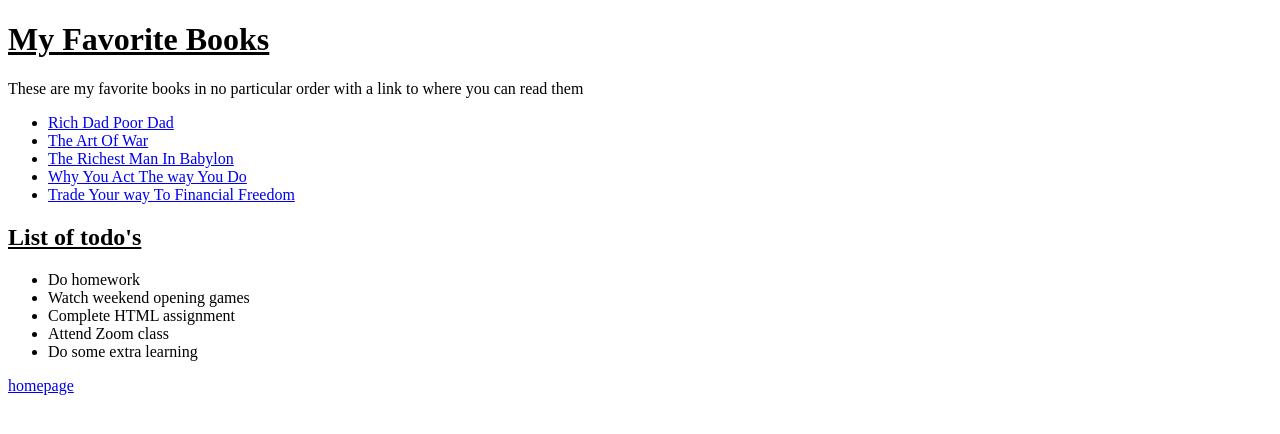
Repository: MikkyPrestige/html-website
Page: pages/books-todo.html
An editor plug-in stored every save of this project. The page is shown before and after the next save, followed by the edit.
The browser window is 1280 px wide. The pictures show the whole page.

Above is the page before, as saved 2023-04-15 16:22:49.

### pages/books-todo.html
<!DOCTYPE html>
<html lang="en">

<head>
  <meta charset="UTF-8">
  <meta http-equiv="X-UA-Compatible" content="IE=edge">
  <meta name="viewport" content="width=device-width, initial-scale=1.0">
  <title>Books</title>
</head>

<body>
  <h1><u>My Favorite Books</u></h1>
  <p>These are my favorite books in no particular order with a link to where you can read them</p>
  <ul>
    <li>
      <a href="http://www.lequydonhanoi.edu.vn/upload_images/S%C3%A1ch%20ngo%E1%BA%A1i%20ng%E1%BB%AF/Rich%20Dad%20Poor%20Dad.pdf"
        target="_blank">Rich Dad Poor Dad</a>
    </li>
    <li>
      <a href="https://sites.ualberta.ca/~enoch/Readings/The_Art_Of_War.pdf" target="_blank">The Art Of War</a>
    </li>
    <li>
      <a href="https://thediamondsmine.com/files/Ebooks/Clason-RichestManInBabylon.pdf" target="_blank">The Richest Man
        In Babylon</a>
    </li>
    <li>
      <a href="https://www.dirzon.com/Doc/ReaderAsync?target=telegram%3AWhy%20you%20act%20the%20way%20you%20do%20by%20Tim%20LaHaye%20(%20PDFDrive%20).pdf"
        target="_blank">Why You Act The way You Do</a>
    </li>
    <li>
      <a href="https://dl.abcbourse.ir/dl/Library/book/Trade_Your_Way_to_Financial_Freedom.pdf" target="_blank">Trade
        Your way To Financial Freedom</a>
    </li>
  </ul>

  <h2><u>List of todo's</u></h2>
  <ul>
    <li>Do homework</li>
    <li>Watch weekend opening games</li>
    <li>Complete HTML assignment</li>
    <li>Attend Zoom class</li>
    <li>Do some extra learning</li>
  </ul>
  <a href="../index.html">homepage</a>
</body>

</html>

After the next save:
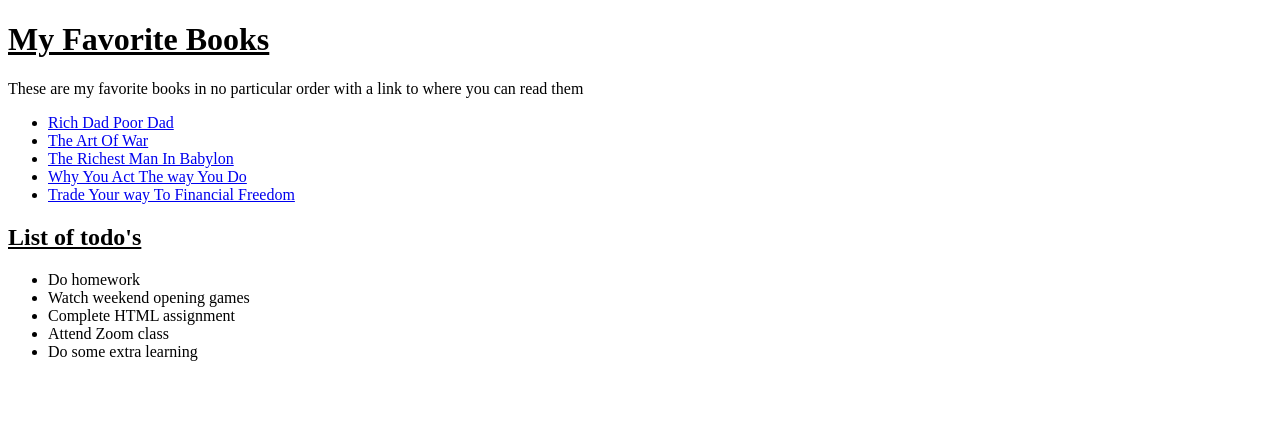
Saved 28 min 35 s later.
--- a/pages/books-todo.html
+++ b/pages/books-todo.html
@@ -41,7 +41,7 @@
     <li>Attend Zoom class</li>
     <li>Do some extra learning</li>
   </ul>
-  <a href="../index.html">homepage</a>
+  <!-- <a href="../index.html">homepage</a> -->
 </body>
 
 </html>
